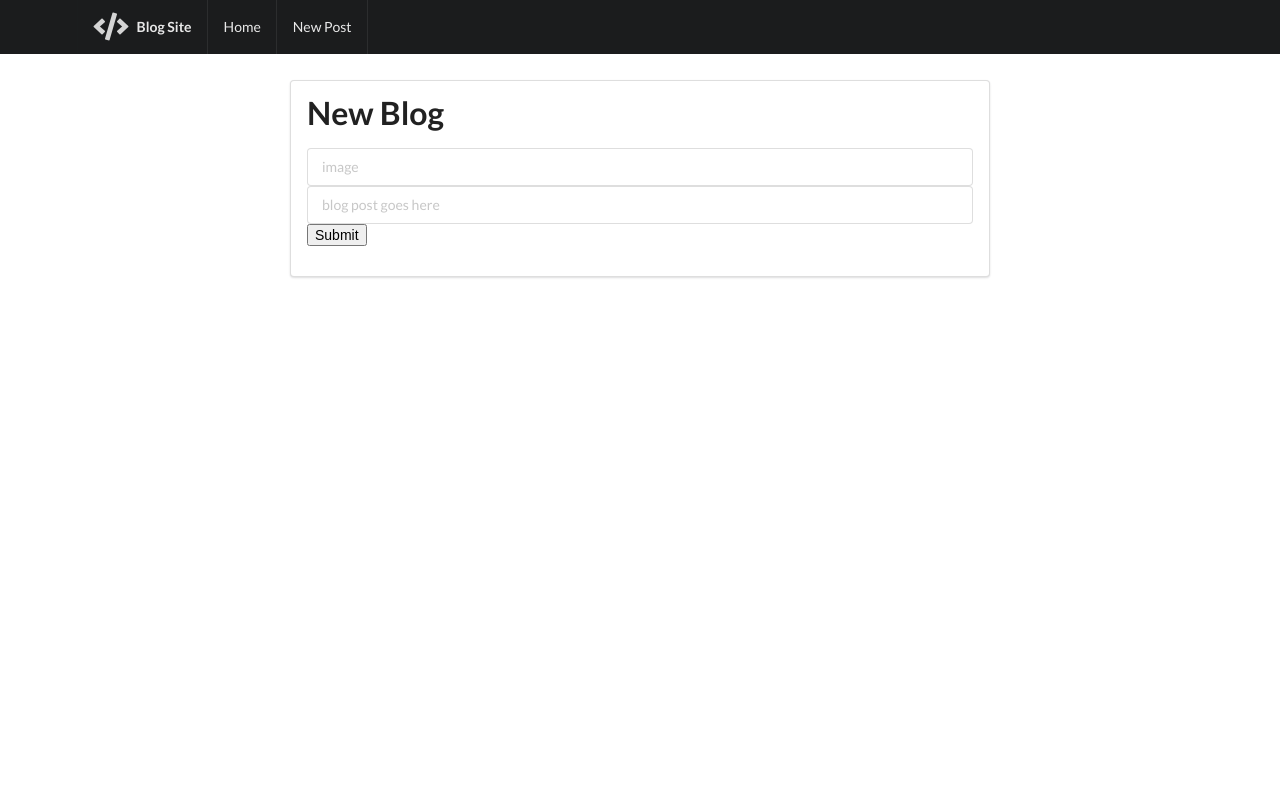
Repository: msuzuki23/AWS-Cloud9-YelpCamp
Page: http://localhost/blogs/new
The author's editor kept a record of every edit. The page is drawn from the files as they stood at one moment, then again after the next edit.
The browser window is 1280 px wide. The pictures show the whole page.
The page is served by the project's Node server (RestBlogs/app.js).

Above is the page before.

After the next edit:
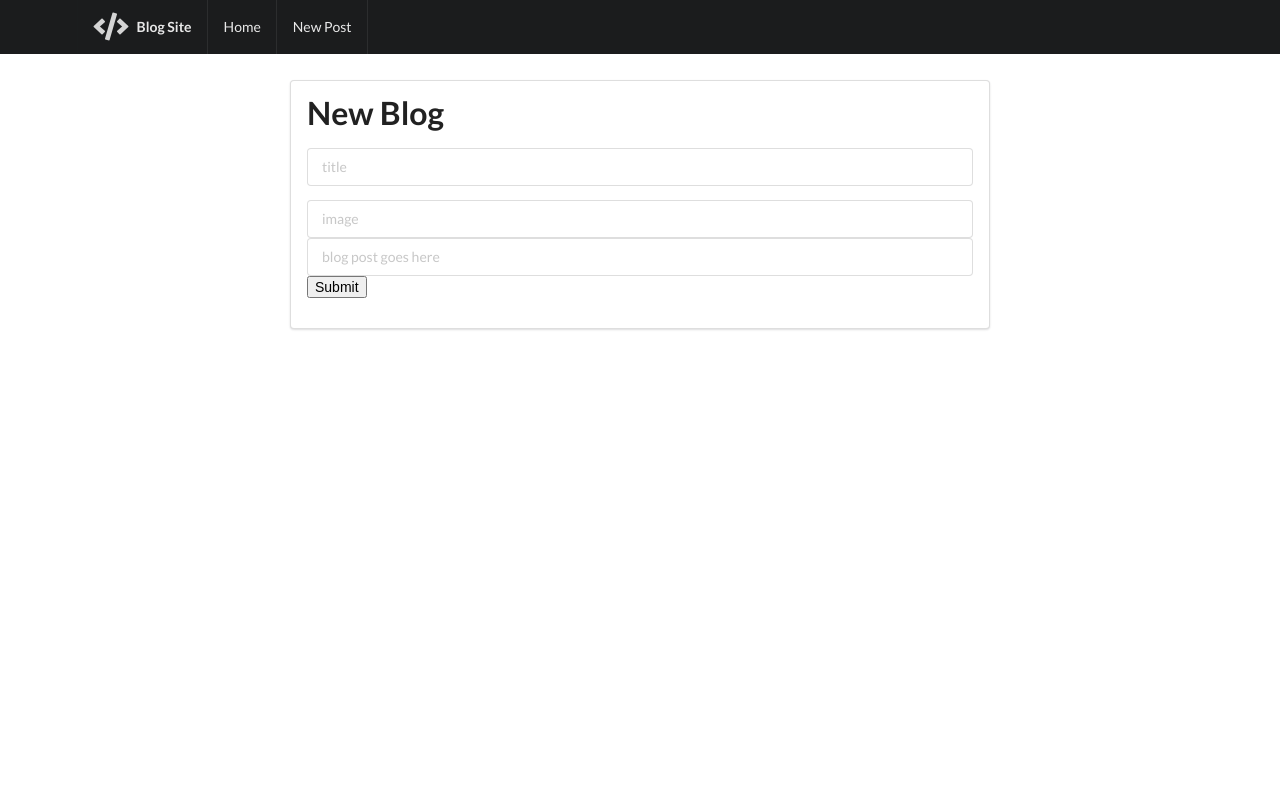
The edit:
--- a/RestBlogs/views/new.ejs
+++ b/RestBlogs/views/new.ejs
@@ -2,6 +2,9 @@
 <div class="ui main text container segment">
     <div class="ui huge header">New Blog</div>
     <form class="ui form" action="/blogs" method="POST">
+        <div class="field">
+            <input type="text" name="blog[title]" placeholder="title">
+        </div>
         <div class="field">
 
         </div>
